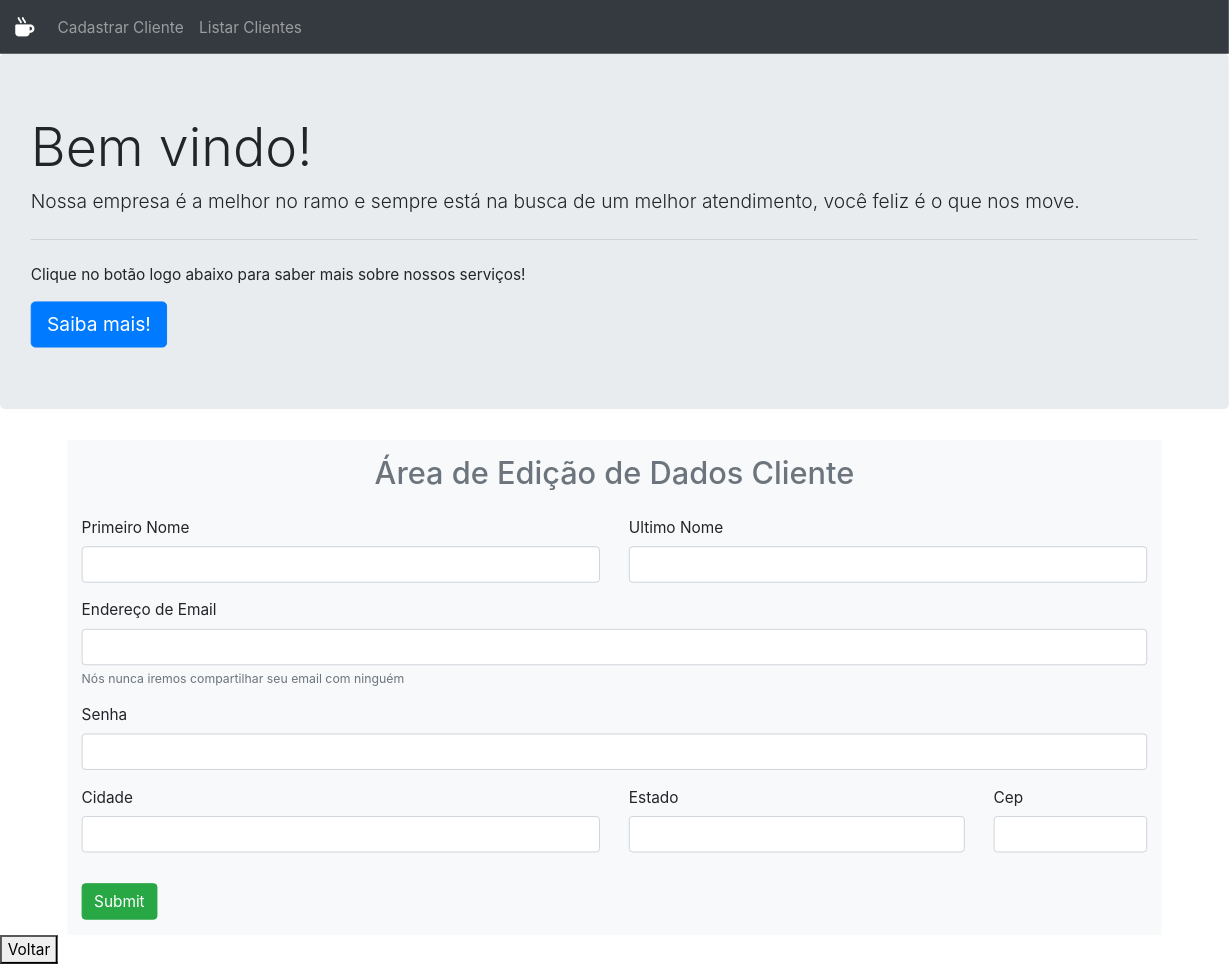
Repository: Ticapril/CRUD-JAVA
Page: http://localhost/CRUD-Java/AlterarCliente.jsp
The author's editor kept a copy of each file at every save. The page is drawn from the files as they stood at one save, then again after the next save.
The browser window is 1280 px wide. The pictures show the whole page, at 96% of full size.
The page is served by Tomcat 9. The template is opened directly, without the code that normally fills it, so the values that code supplies are empty.

Above is the page before, as saved 2020-11-25 23:34:34.

After the next save:
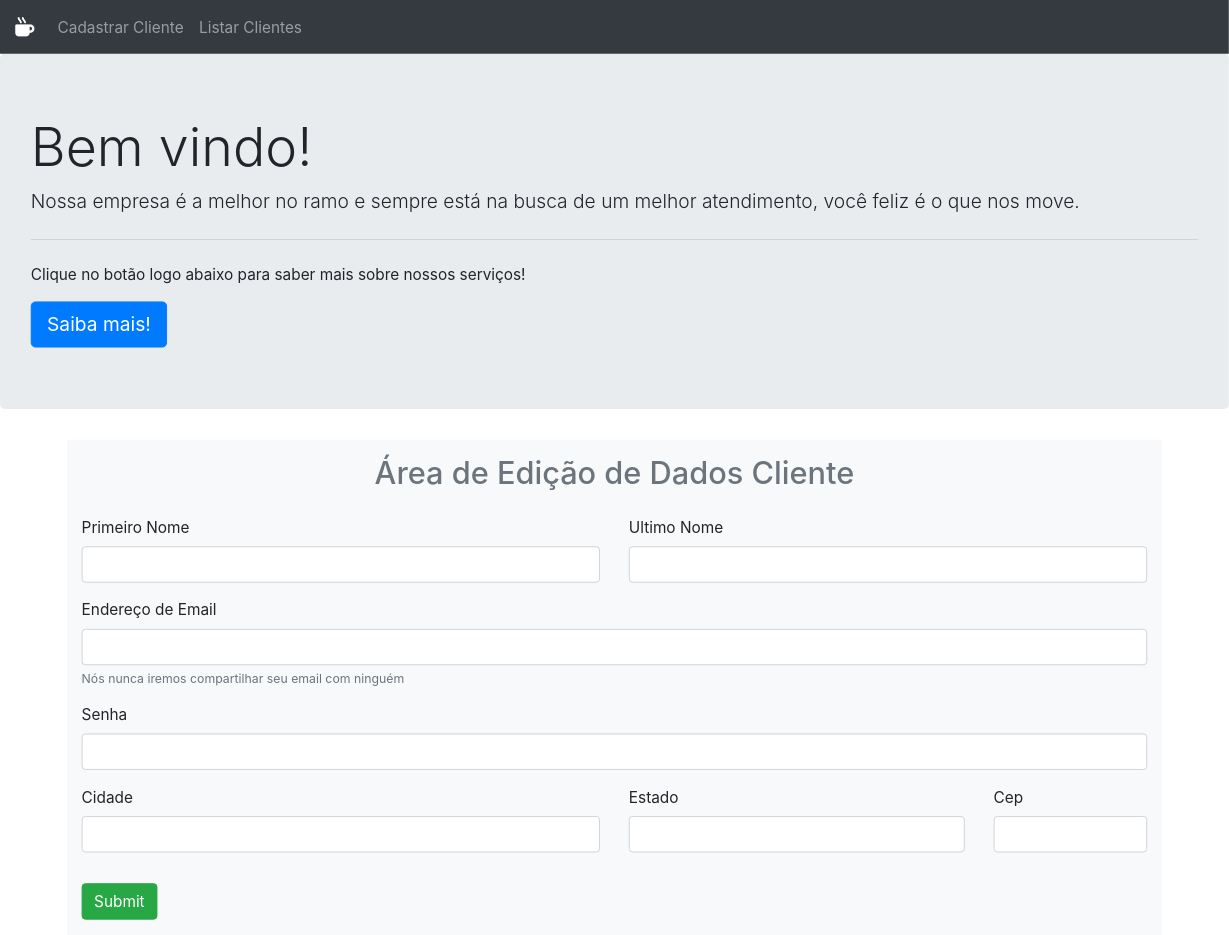
Saved 17 s later.
--- a/CRUD-Java/WebContent/AlterarCliente.jsp
+++ b/CRUD-Java/WebContent/AlterarCliente.jsp
@@ -96,7 +96,7 @@
 		</div>
 
 	</section>
-	<button class="text-center">Voltar</button>
+
 
 
 <script src="https://code.jquery.com/jquery-3.5.1.slim.min.js" integrity="sha384-DfXdz2htPH0lsSSs5nCTpuj/zy4C+OGpamoFVy38MVBnE+IbbVYUew+OrCXaRkfj" crossorigin="anonymous"></script>
